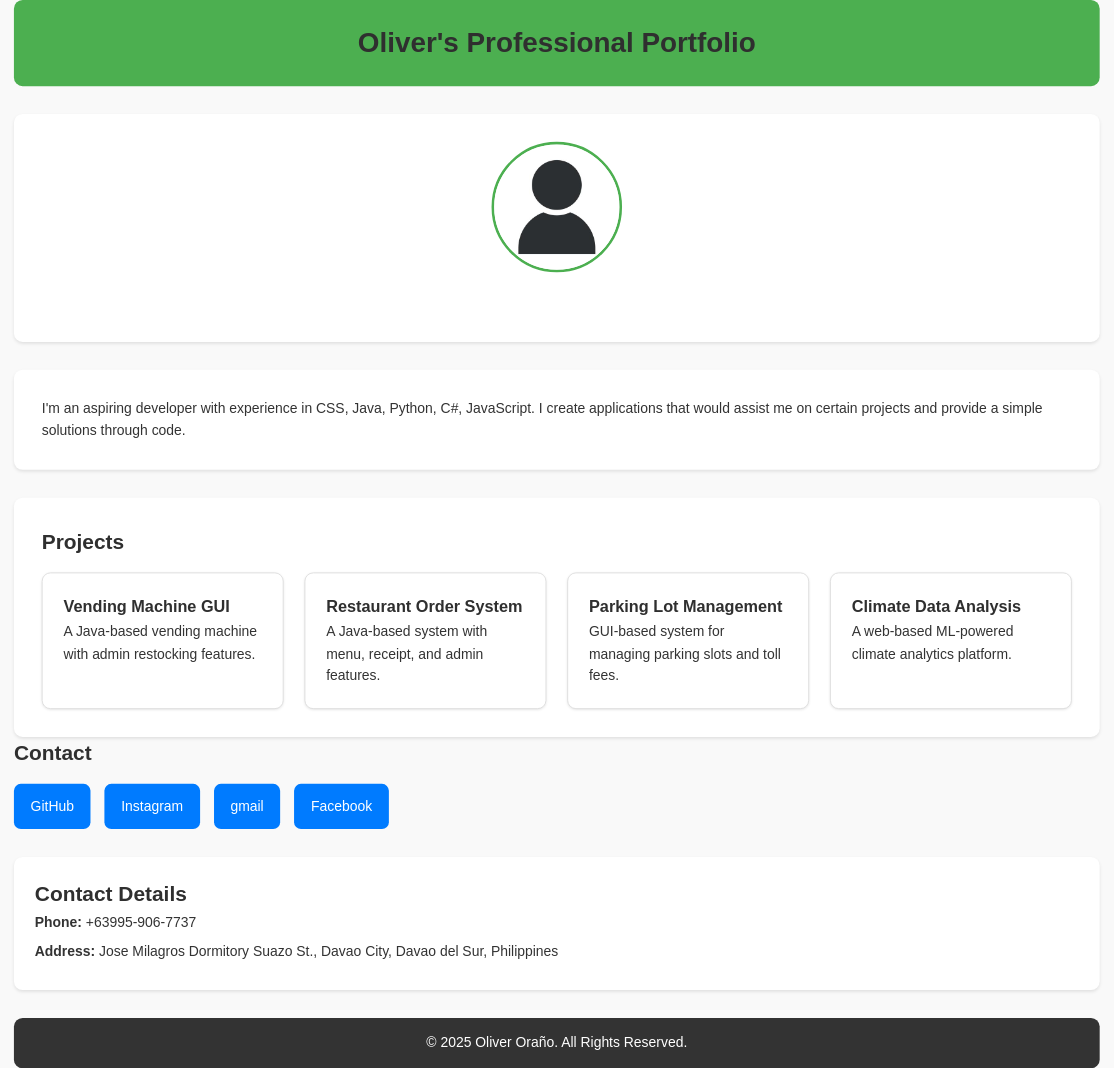
Repository: nightmar3fuel/portfolio.html
Page: my.html
These files come from the project's save history. The page is drawn as it stood at one moment and after the next save; the edit follows.
The browser window is 1280 px wide. The pictures show the whole page, at 87% of full size.

Above is the page before, as saved 2025-02-06 14:20:33.

### my.html
<!DOCTYPE html>
<html lang="en">

<head>
    <meta charset="UTF-8">
    <meta name="viewport" content="width=device-width, initial-scale=1.0">
    <title>About Me - Portfolio</title>
    <link rel="stylesheet" href="styles.css">
</head>

<body>
    <header>
        <h1>Oliver's Professional Portfolio</h1>
    </header>
    <section id="profile">
        <div class="profile-container">
            <img src="human.jpg" alt="Profile Picture" class="profile-picture">
            <p class="profile-description"></p>
        </div>
    </section>
    <section id="about">
        <p>I'm an aspiring developer with experience in CSS, Java, Python, C#, JavaScript. I create applications that would assist me on certain projects and provide a simple solutions through code.</p>
    </section>
    <section id="projects">
        <h2>Projects</h2>
        <div class="project-container">
            <div class="project" onclick="openProject('#')">
                <h3>Vending Machine GUI</h3>
                <p>A Java-based vending machine with admin restocking features.</p>
            </div>
            <div class="project" onclick="openProject('#')">
                <h3>Restaurant Order System</h3>
                <p>A Java-based system with menu, receipt, and admin features.</p>
            </div>
            <div class="project" onclick="openProject('#')">
                <h3>Parking Lot Management</h3>
                <p>GUI-based system for managing parking slots and toll fees.</p>
            </div>
            <div class="project" onclick="openProject('#')">
                <h3>Climate Data Analysis</h3>
                <p>A web-based ML-powered climate analytics platform.</p>
            </div>
        </div>
    </section>
    <section id="contact">
        <h2>Contact</h2>
        <div class="contact-links">
            <a href="https://github.com/nightmar3fuel" target="_blank">GitHub</a>
            <a href="https://instagram.com/oliverrrrro" target="_blank">Instagram</a>
            <a href="oliverorano141@gmail.com">gmail</a>
            <a href="https://facebook.com/oliver.orano" target="_blank">Facebook</a>

        </div>
    </section>
    <section id="contact-details">
        <h2>Contact Details</h2>
        <p><strong>Phone:</strong> +63995-906-7737</p>
        <p><strong>Address:</strong> Jose Milagros Dormitory Suazo St., Davao City, Davao del Sur, Philippines</p>
    </section>
    <footer>
        <p>&copy; 2025 Oliver Oraño. All Rights Reserved.</p>
    </footer>
    <script src="script.js"></script>
</body>

</html>

### styles.css
/* General Reset */

* {
    margin: 0;
    padding: 0;
    box-sizing: border-box;
    font-family: 'Arial', sans-serif;
}

body {
    background-color: #f9f9f9;
    color: #333;
    line-height: 1.6;
    padding: 0 1rem;
}

header {
    background-color: #4CAF50;
    color: white;
    padding: 1.5rem 0;
    text-align: center;
    border-radius: 10px;
    margin-bottom: 2rem;
}

h1,
h2,
h3 {
    color: #2f2f2f;
}


/* Profile Section */

#profile {
    display: flex;
    flex-direction: column;
    align-items: center;
    text-align: justify;
    background: white;
    padding: 2rem;
    margin-bottom: 2rem;
    border-radius: 10px;
    box-shadow: 0 2px 4px rgba(0, 0, 0, 0.1);
}

.profile-picture {
    width: 150px;
    height: 150px;
    border-radius: 50%;
    object-fit: cover;
    border: 3px solid #4CAF50;
    margin-bottom: 1rem;
}

.profile-description {
    max-width: 600px;
    text-align: center;
    margin-bottom: 1.5rem;
}

.view-projects-btn {
    background-color: #007BFF;
    color: white;
    padding: 0.8rem 1.2rem;
    border: none;
    border-radius: 8px;
    cursor: pointer;
    transition: background-color 0.2s ease;
}

.view-projects-btn:hover {
    background-color: #0056b3;
}


/* About Section */

#about {
    background: white;
    padding: 2rem;
    margin-bottom: 2rem;
    border-radius: 10px;
    box-shadow: 0 2px 4px rgba(0, 0, 0, 0.1);
}


/* Projects Section */

#projects {
    background: white;
    padding: 2rem;
    border-radius: 10px;
    box-shadow: 0 2px 4px rgba(0, 0, 0, 0.1);
}

.project-container {
    display: grid;
    grid-template-columns: repeat(auto-fill, minmax(250px, 1fr));
    gap: 1.5rem;
    margin-top: 1rem;
}

.project {
    background-color: #fff;
    padding: 1.5rem;
    border: 1px solid #ddd;
    border-radius: 10px;
    box-shadow: 0 1px 3px rgba(0, 0, 0, 0.1);
    cursor: pointer;
    transition: transform 0.2s, box-shadow 0.2s;
}

.project:hover {
    transform: translateY(-5px);
    box-shadow: 0 4px 8px rgba(0, 0, 0, 0.2);
}


/* Contact Links */

.contact-links {
    display: flex;
    flex-wrap: wrap;
    gap: 1rem;
    margin: 1rem 0;
}

.contact-links a {
    text-decoration: none;
    color: white;
    background-color: #007BFF;
    padding: 0.8rem 1.2rem;
    border-radius: 8px;
    transition: background-color 0.2s ease;
    display: flex;
    align-items: center;
    gap: 0.5rem;
}

.contact-links a img {
    width: 20px;
    height: 20px;
}

.contact-links a:hover {
    background-color: #0056b3;
}


/* Contact Details */

#contact-details {
    background: white;
    padding: 1.5rem;
    margin-top: 2rem;
    border-radius: 10px;
    box-shadow: 0 2px 4px rgba(0, 0, 0, 0.1);
}

#contact-details p {
    margin-bottom: 0.5rem;
}


/* Footer */

footer {
    background-color: #333;
    color: white;
    text-align: center;
    padding: 1rem 0;
    margin-top: 2rem;
    border-radius: 10px;
}

### script.js
function openProject(url) {
    if (url !== "#") {
        window.open(url, "_blank");
    } else {
        alert("Project link not available yet!");
    }
}

document.addEventListener("DOMContentLoaded", function() {
    document.querySelectorAll(".project").forEach(function(project) {
        project.addEventListener("click", function() {
            const url = this.getAttribute("onclick").match(/'([^']+)'/)[1];
            openProject(url);
        });
    });
});

After the next save:
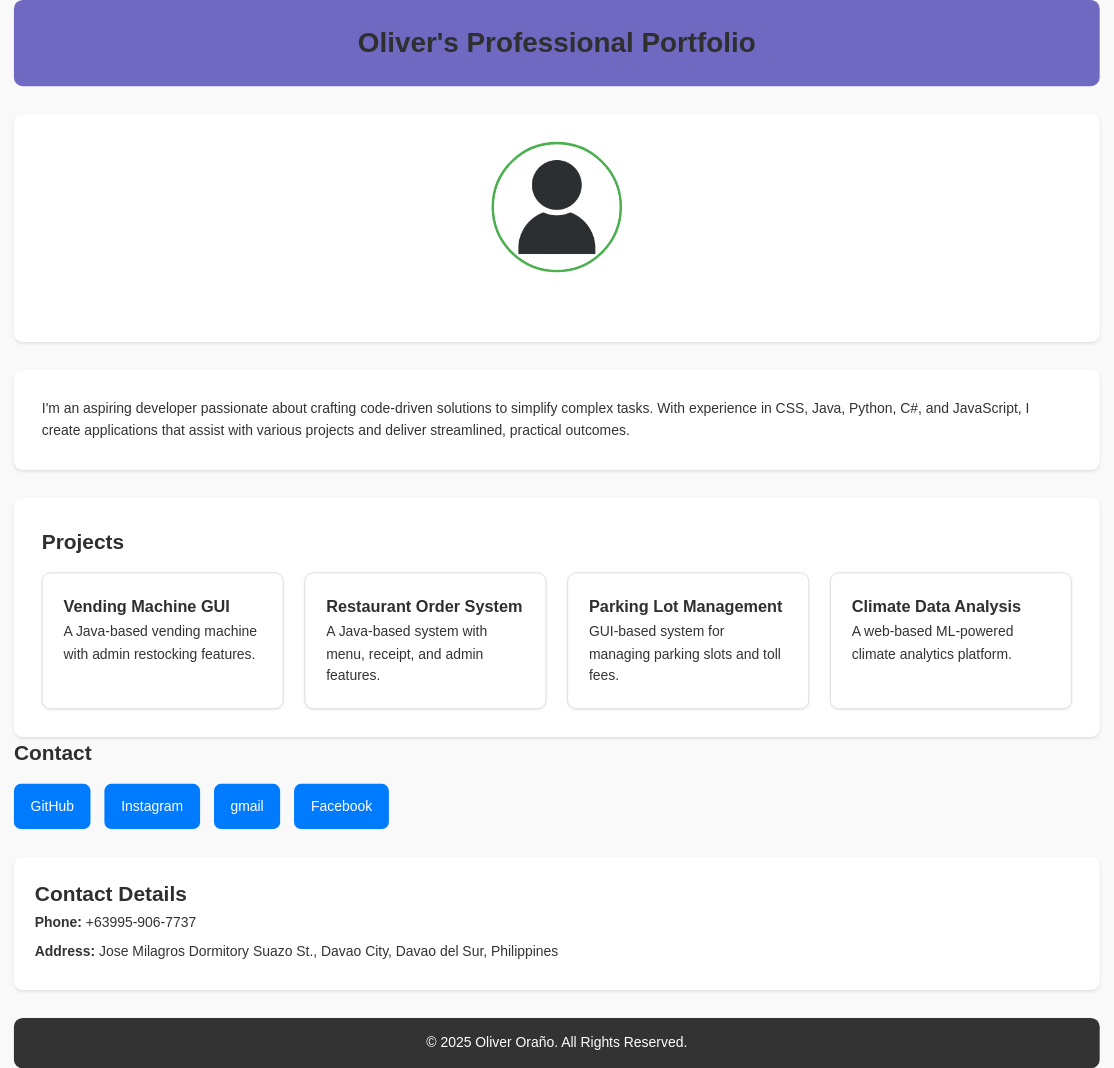
Saved 2 min 11 s later.
--- a/my.html
+++ b/my.html
@@ -19,7 +19,8 @@
         </div>
     </section>
     <section id="about">
-        <p>I'm an aspiring developer with experience in CSS, Java, Python, C#, JavaScript. I create applications that would assist me on certain projects and provide a simple solutions through code.</p>
+        <p>I'm an aspiring developer passionate about crafting code-driven solutions to simplify complex tasks. With experience in CSS, Java, Python, C#, and JavaScript, I create applications that assist with various projects and deliver streamlined, practical
+            outcomes.</p>
     </section>
     <section id="projects">
         <h2>Projects</h2>
--- a/styles.css
+++ b/styles.css
@@ -15,7 +15,7 @@ body {
 }
 
 header {
-    background-color: #4CAF50;
+    background-color: #1e14a09f;
     color: white;
     padding: 1.5rem 0;
     text-align: center;
